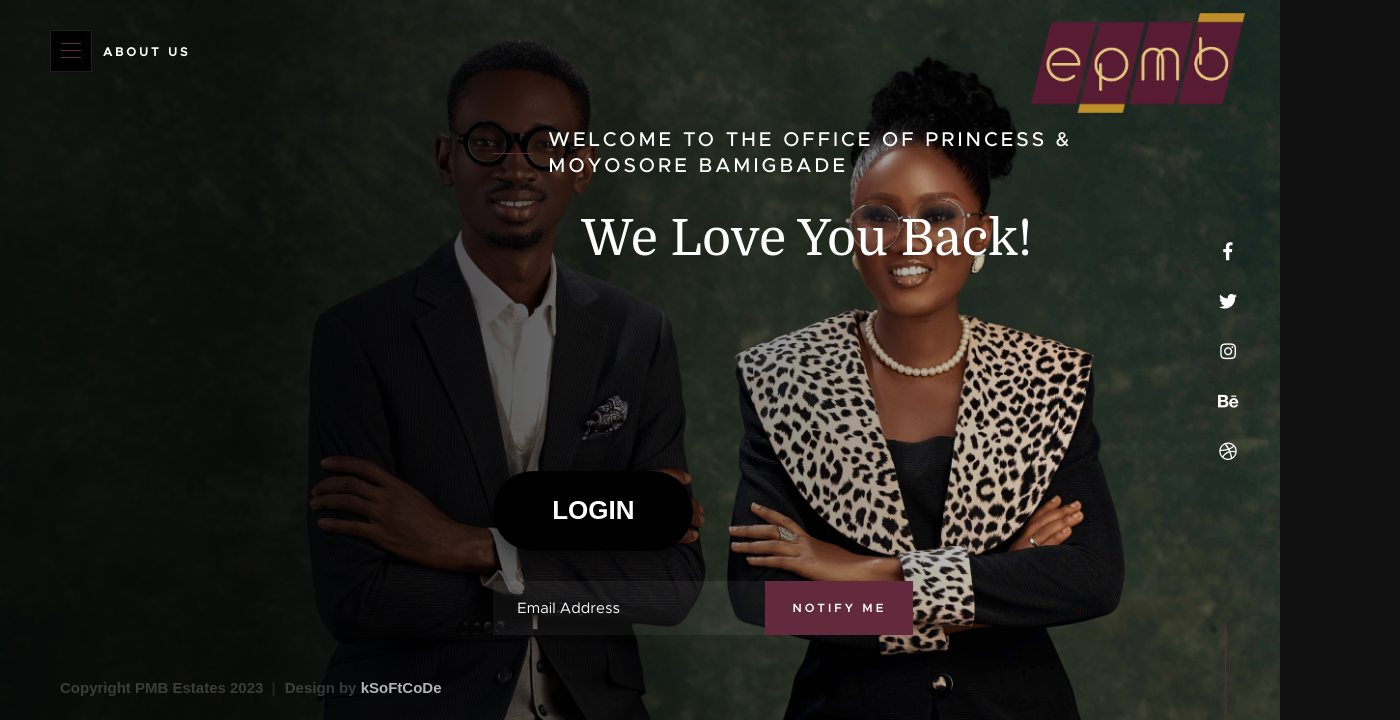
Repository: Ksoftcode/PMB
Page: index.html
The author's editor kept a copy of each file at every save. The page is drawn from the files as they stood at one save, then again after the next save.
The browser window is 1280 px wide. The page is 1280 px wide, then 1400 px, so the pictures cover 1400 px, including what lies to the right of the window. The pictures show the whole page.

Above is the page before, as saved 2024-03-15 22:43:12.

After the next save:
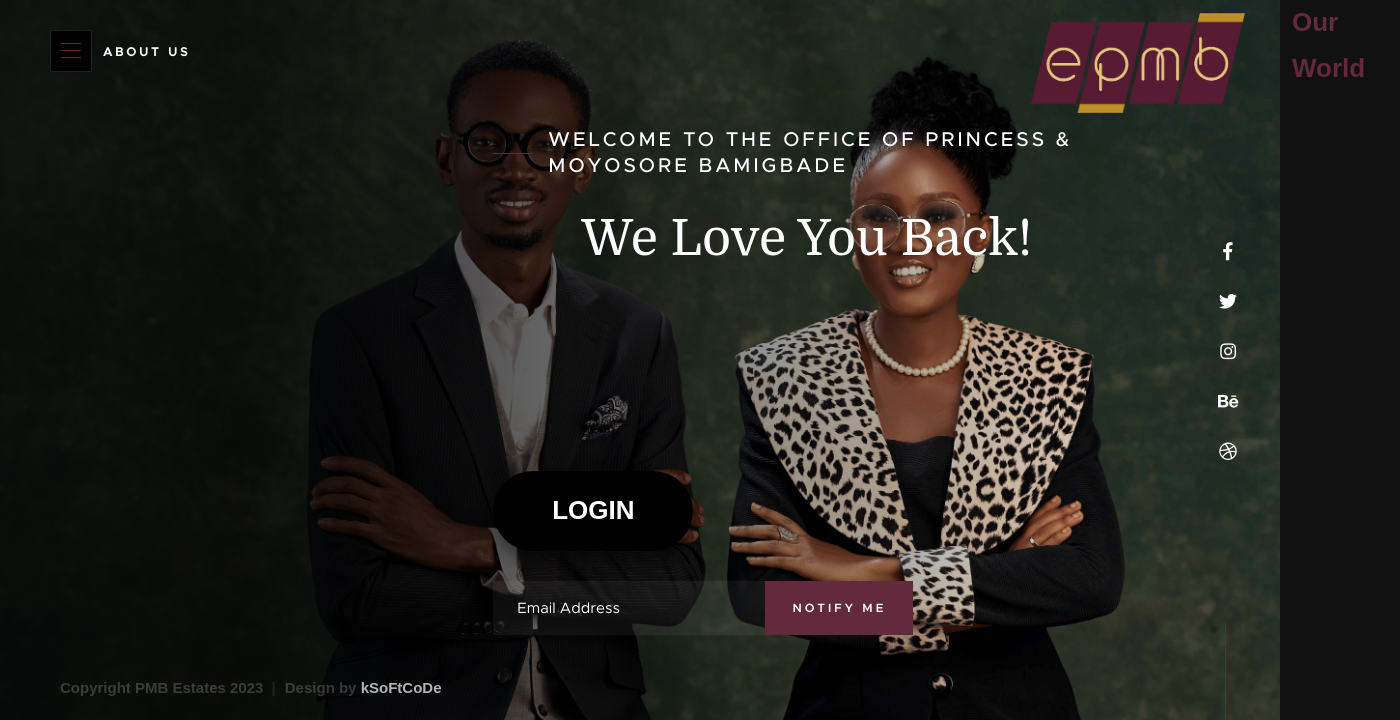
Saved 53 s later.
--- a/index.html
+++ b/index.html
@@ -187,6 +187,9 @@
     <a class="info-toggle" href="#0">
         <span class="info-menu-icon"></span>
     </a>
+    <a class="info-toggle2" href="#0">
+        <span class="info-menu-icon"></span>
+    </a>
 
     <div class="s-info">
 
